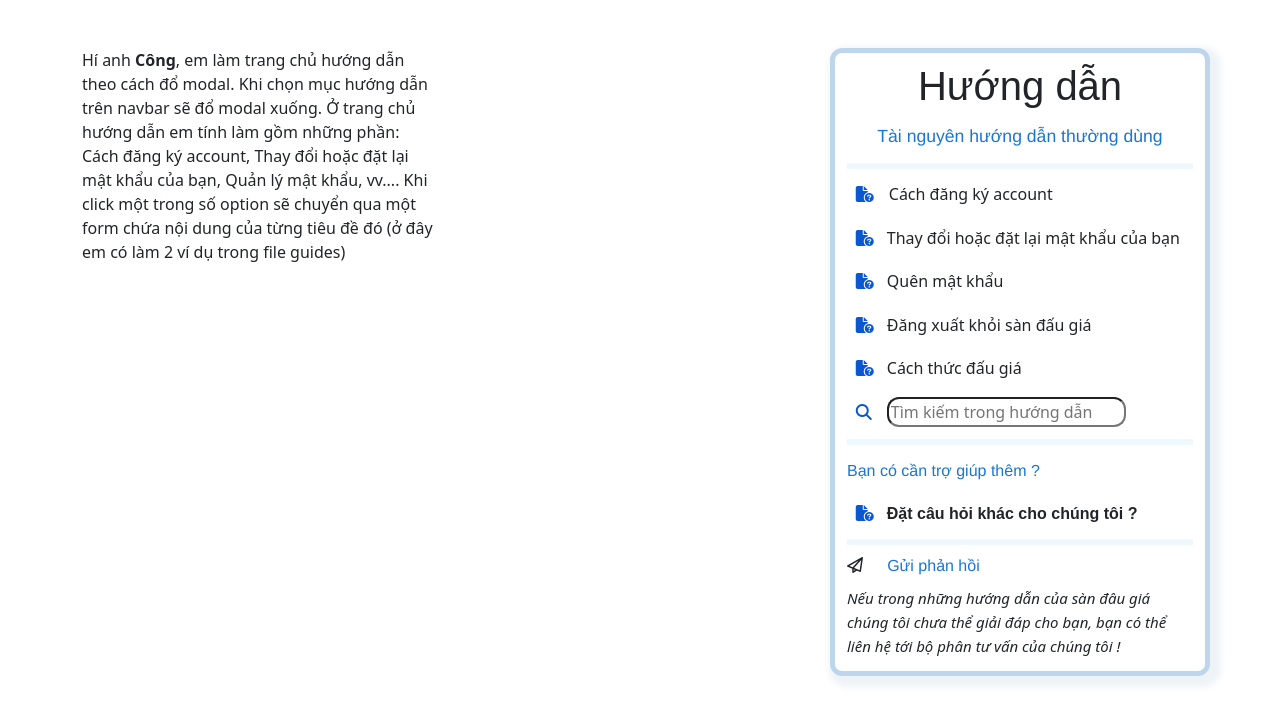
Repository: SonPhamThe/C0622G1-module5
Page: prototype--module6/guide/guide.html
These files come from the project's save history. The page is drawn as it stood at one moment and after the next save; the edit follows.
The browser window is 1280 px wide. The pictures show the whole page.
Some web libraries are served in a nearby version.

Above is the page before, as saved 2022-12-07 15:40:53.

### prototype--module6/guide/guide.html
<!DOCTYPE html>
<html lang="en">
  <head>
    <meta charset="UTF-8" />
    <meta
      name="viewport"
      content="width=device-width, user-scalable=no, initial-scale=1.0, maximum-scale=1.0, minimum-scale=1.0"
    />
    <meta http-equiv="X-UA-Compatible" content="ie=edge" />
    <title>Trang chủ hướng dẫn</title>
    <link rel="stylesheet" href="guide.css" />
    <link rel="icon" type="image/x-icon" href="favicon.ico" />

    <link
      rel="stylesheet"
      href="https://cdnjs.cloudflare.com/ajax/libs/font-awesome/6.2.1/css/all.min.css"
    />

    <link
      href="https://cdn.jsdelivr.net/npm/bootstrap@5.1.3/dist/css/bootstrap.min.css"
      rel="stylesheet"
      integrity="sha384-1BmE4kWBq78iYhFldvKuhfTAU6auU8tT94WrHftjDbrCEXSU1oBoqyl2QvZ6jIW3"
      crossorigin="anonymous"
    />
    <script
      src="https://cdn.jsdelivr.net/npm/bootstrap@5.1.3/dist/js/bootstrap.bundle.min.js"
      integrity="sha384-ka7Sk0Gln4gmtz2MlQnikT1wXgYsOg+OMhuP+IlRH9sENBO0LRn5q+8nbTov4+1p"
      crossorigin="anonymous"
    ></script>
    <link
      rel="stylesheet"
      href="https://cdnjs.cloudflare.com/ajax/libs/font-awesome/5.15.4/css/all.min.css"
    />
  </head>
  <body>
    <div class="container mb-5 mt-5">
      <div class="row">
        <div class="col-lg-4">
          Hí anh <strong>Công</strong>, em làm trang chủ hướng dẫn theo cách đổ modal. Khi chọn
          mục hướng dẫn trên navbar sẽ đổ modal xuống. Ở trang chủ hướng dẫn em
          tính làm gồm những phần: Cách đăng ký account, Thay đổi hoặc đặt lại
          mật khẩu của bạn, Quản lý mật khẩu, vv.... Khi click một trong số
          option sẽ chuyển qua một form chứa nội dung của từng tiêu đề đó (ở đây em có làm 2 ví dụ trong file guides)
        </div>
        <div class="col-lg-4"></div>
        <div class="boxed col-lg-4 shadow-md" style="height: 100% !important">
          <form>
            <div class="mt-1 text-center">
              <h1 style="font-family: sans-serif">Hướng dẫn</h1>
              <h6
                class="mb-2"
                style="
                  color: #1976d2;
                  font-family: Helvetica, serif;
                  font-size: 1.1rem;
                  font-weight: 500;
                  margin-left: 0px;
                  padding: 0.5rem;
                "
              >
                Tài nguyên hướng dẫn thường dùng
              </h6>
            </div>
            <div
              class="mb-2"
              style="height: 6px; background-color: aliceblue; width: 100%"
            ></div>
            <div class="mb-2">
              <i
                class="fa-solid fa-file-circle-question"
                style="width: 20px"
              ></i>
              <label>Cách đăng ký account</label>
            </div>
            <div class="mb-2">
              <i class="fa-solid fa-file-circle-question"></i>
              <label>Thay đổi hoặc đặt lại mật khẩu của bạn</label>
            </div>
            <div class="mb-2">
              <i class="fa-solid fa-file-circle-question"></i>
              <label>Quên mật khẩu</label>
            </div>
            <div class="mb-2">
              <i class="fa-solid fa-file-circle-question"></i>
              <label>Đăng xuất khỏi sàn đấu giá</label>
            </div>

            <div class="mb-2">
              <i class="fa-solid fa-file-circle-question"></i>
              <label>Cách thức đấu giá</label>
            </div>

            <div class="mb-2">
              <i class="fa-solid fa-magnifying-glass"></i>
              <input
                type="search"
                class="search"
                placeholder="Tìm kiếm trong hướng dẫn"
              />
            </div>
            <div
              class="mb-2"
              style="height: 6px; background-color: aliceblue; width: 100%"
            ></div>

            <div class="mb-2">
              <h6
                class="mt-3 mb-3"
                style="color: #1976d2; font-family: Helvetica"
              >
                Bạn có cần trợ giúp thêm ?
              </h6>
              <div class="mb-2">
                <i class="fa-solid fa-file-circle-question"></i>
                <label style="font-family: sans-serif"
                  ><strong>Đặt câu hỏi khác cho chúng tôi ?</strong></label
                >
              </div>
              <div
                class="mb-2"
                style="height: 6px; background-color: aliceblue; width: 100%"
              ></div>
              <div class="mb-2">
                <i class="fa-regular fa-paper-plane"></i>
                <label
                  style="
                    color: #1976d2;
                    font-family: Helvetica;
                    margin-left: 20px;
                  "
                >
                  Gửi phản hồi
                </label>
              </div>
            </div>
          </form>
          <div class="mb-2">
            <span style="font-size: 15px" class="fst-italic"
              >Nếu trong những hướng dẫn của sàn đâu giá chúng tôi chưa thể giải
              đáp cho bạn, bạn có thể liên hệ tới bộ phân tư vấn của chúng tôi
              !</span
            >
          </div>
        </div>

        <div class="col-lg-3"></div>
      </div>
    </div>
  </body>
  <script src="//ajax.googleapis.com/ajax/libs/jquery/1.9.1/jquery.min.js"></script>
  <script
    src="https://cdn.jsdelivr.net/npm/popper.js@1.12.9/dist/umd/popper.min.js"
    integrity="sha384-ApNbgh9B+Y1QKtv3Rn7W3mgPxhU9K/ScQsAP7hUibX39j7fakFPskvXusvfa0b4Q"
    crossorigin="anonymous"
  ></script>
</html>

### prototype--module6/guide/guide.css
.boxed {
  width: 400px;
  height: 550px;
}

.boxed {
  border: 5px solid;
  border-image-slice: 1;
  border-color: rgb(189, 214, 236);
  padding: 5px;
  border-radius: 12px;
  background-color: transparent;
  box-shadow: 5px 5px 7px 6px  rgb(238, 243, 247);
}

.search {
  border-radius: 12px;
}

.fa-solid {
  color: #0b57d0;
  height: 1.125rem;
  margin: 0.55rem;
  visibility: initial;
  width: 1.125rem;
}

After the next save:
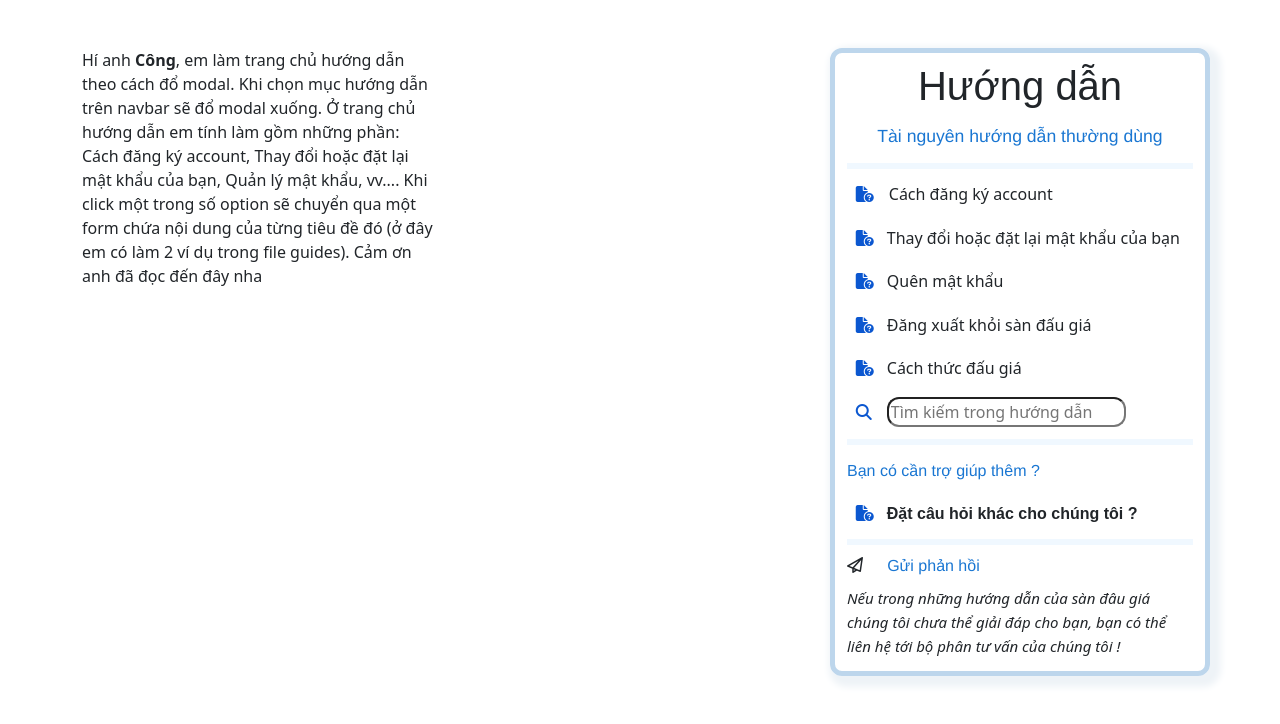
Saved 10 s later.
--- a/prototype--module6/guide/guide.html
+++ b/prototype--module6/guide/guide.html
@@ -40,7 +40,7 @@
           mục hướng dẫn trên navbar sẽ đổ modal xuống. Ở trang chủ hướng dẫn em
           tính làm gồm những phần: Cách đăng ký account, Thay đổi hoặc đặt lại
           mật khẩu của bạn, Quản lý mật khẩu, vv.... Khi click một trong số
-          option sẽ chuyển qua một form chứa nội dung của từng tiêu đề đó (ở đây em có làm 2 ví dụ trong file guides)
+          option sẽ chuyển qua một form chứa nội dung của từng tiêu đề đó (ở đây em có làm 2 ví dụ trong file guides). Cảm ơn anh đã đọc đến đây nha
         </div>
         <div class="col-lg-4"></div>
         <div class="boxed col-lg-4 shadow-md" style="height: 100% !important">
